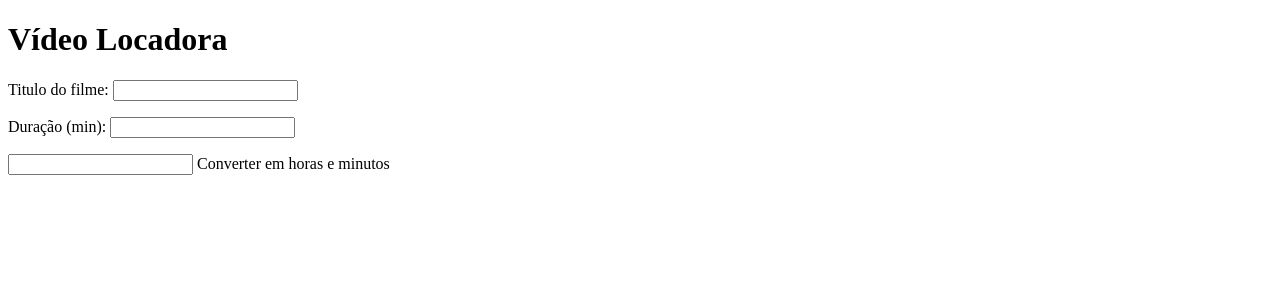
Repository: JhonMercedes/Javascript-book
Page: cap2/ex2_2.html
The author's editor kept a copy of each file at every save. The page is drawn from the files as they stood at one save, then again after the next save.
The browser window is 1280 px wide. The pictures show the whole page.

Above is the page before, as saved 2021-12-02 18:39:24.

### cap2/ex2_2.html
<!DOCTYPE html>
<html lang="en">
<head>
    <meta charset="UTF-8">
    <meta http-equiv="X-UA-Compatible" content="IE=edge">
    <meta name="viewport" content="width=device-width, initial-scale=1.0">
    <title>Exemplo 2.2</title>
</head>
<body>
    <h1>Vídeo Locadora</h1>
    <p>Titulo do filme:
        <input type="text" id="nome">
    </p>
    <p>Duração (min):
        <input type="number" id="minutos">
    </p>

    <input type="text" id="converter"> Converter em horas e minutos
</body>
</html>

After the next save:
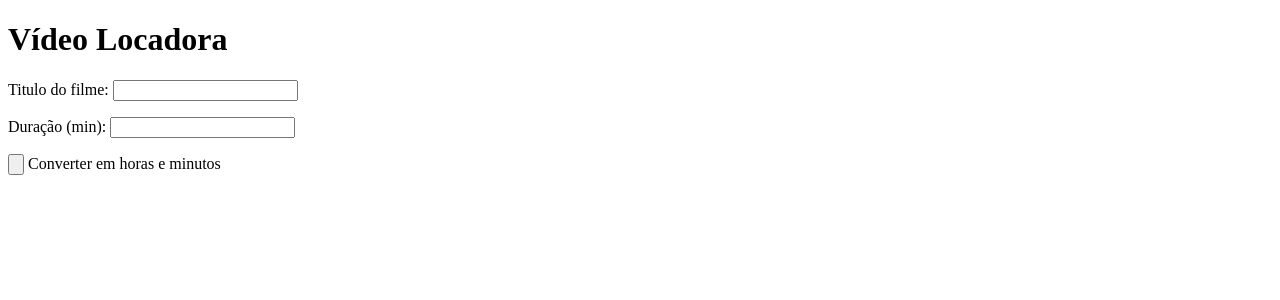
Saved 8 s later.
--- a/cap2/ex2_2.html
+++ b/cap2/ex2_2.html
@@ -15,6 +15,6 @@
         <input type="number" id="minutos">
     </p>
 
-    <input type="text" id="converter"> Converter em horas e minutos
+    <input type="button" id="converter"> Converter em horas e minutos
 </body>
 </html>
